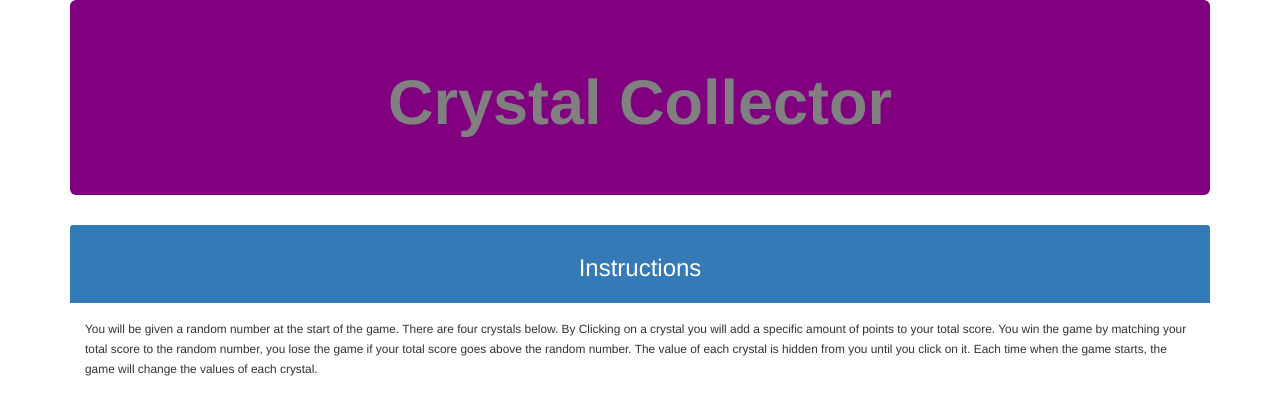
Repository: mikecherry1/week-4-game
Page: index.html
An editor plug-in stored every save of this project. The page is shown before and after the next save, followed by the edit.
The browser window is 1280 px wide. The pictures show the whole page.

Above is the page before, as saved 2017-11-19 18:25:12.

### index.html
<!doctype html>
<html lang="en">
  <head>

    <!-- Required meta tags -->
    <meta charset="utf-8">
    <meta name="viewport" content="width=device-width, initial-scale=1, shrink-to-fit=no">

    <!-- Bootstrap CSS -->
    <link rel="stylesheet" <link href="https://maxcdn.bootstrapcdn.com/bootstrap/3.3.7/css/bootstrap.min.css" rel="stylesheet" integrity="sha384-BVYiiSIFeK1dGmJRAkycuHAHRg32OmUcww7on3RYdg4Va+PmSTsz/K68vbdEjh4u"
        crossorigin="anonymous">
  </head>
  <body>

    <div class="container">

        <div class="jumbotron" style= "background-color: purple; color: grey;">
        <div class="container">
            <h1 class="text-center"><strong>Crystal Collector</strong></h1>
        </div>
    </div>

    <div class="row">

        <div class="col-lg-12">

            <div class="panel-primary">
                <div class="panel-heading text-center">
                    <h3>Instructions</h3>
                </div>
                <div class="panel-body">
                    <p><small>You will be given a random number at the start of the game. There are four crystals below. By Clicking on a crystal you will add a specific amount of points to your total score. You win the game by matching your total score to the random number, you lose the game if your total score goes above the random number. The value of each crystal is hidden from you until you click on it. Each time when the game starts, the game will change the values of each crystal.</small></p>
            </div>


        </div>

    </div>



    </div>



  </body>
</html>

After the next save:
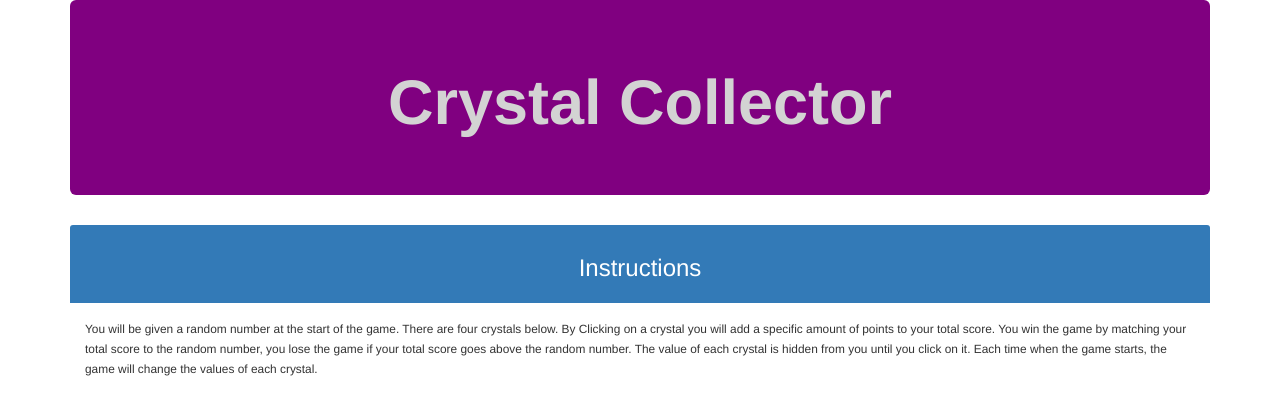
Saved 8 s later.
--- a/index.html
+++ b/index.html
@@ -14,7 +14,7 @@
 
     <div class="container">
 
-        <div class="jumbotron" style= "background-color: purple; color: grey;">
+        <div class="jumbotron" style= "background-color: purple; color: lightgrey;">
         <div class="container">
             <h1 class="text-center"><strong>Crystal Collector</strong></h1>
         </div>
